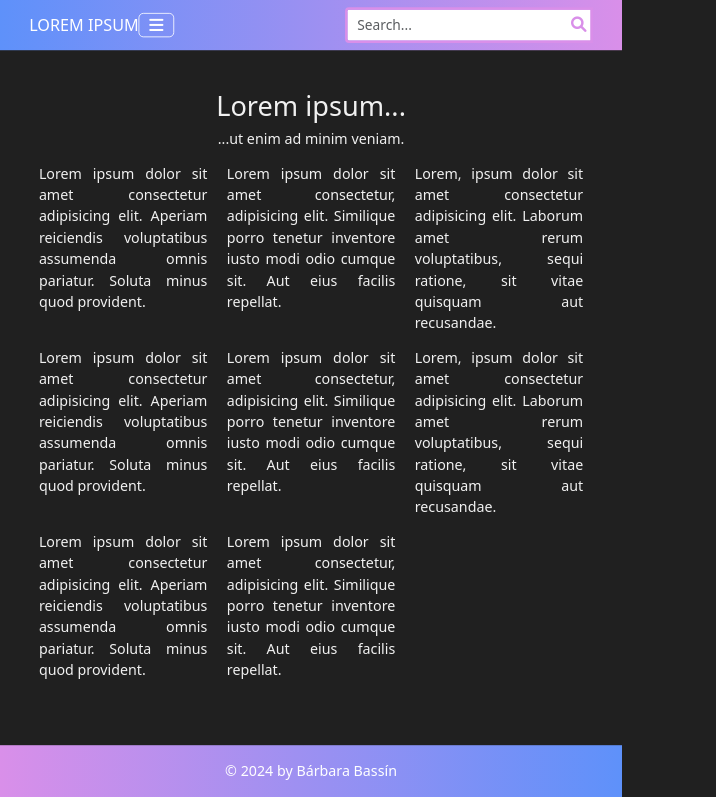
Repository: romancegirl/responsiveness
Page: index.html
The author's editor kept a copy of each file at every save. The page is drawn from the files as they stood at one save, then again after the next save.
The browser window is 768 px wide. The page is 768 px wide, then 884 px, then 768 px, so the pictures cover 884 px, including what lies to the right of the window. The pictures show the whole page, at 81% of full size.

Above is the page before, as saved 2024-11-19 20:21:27.

After the next save:
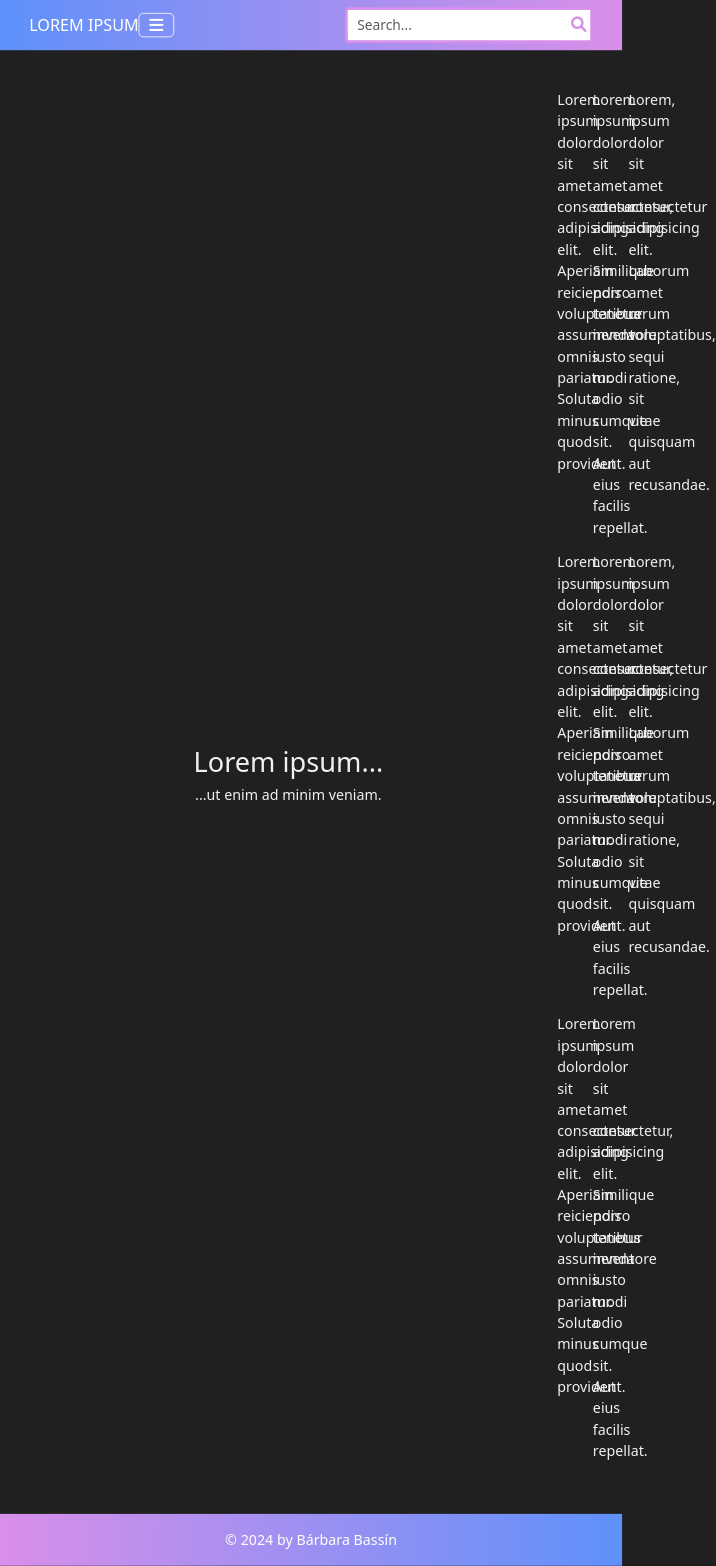
Saved 56 s later.
--- a/css/header-and-footer.css
+++ b/css/header-and-footer.css
@@ -4,71 +4,28 @@
     position: relative;
 }
 
-
-main {
-    min-height: 70vh;
-    padding-bottom: 1rem;
-    box-sizing: border-box;
+.container {
+    display: flex;
+    align-items: center;
+    justify-content: space-between; /* Esto coloca el h5 y el nav a la izquierda */
 }
 
-a.nav-link {
-    color: #f1f1f1;
+.navbar {
+    flex-grow: 1; /* Esto hace que la navbar ocupe el espacio disponible */
 }
 
-a.nav-link:hover {
-    color: #f6c7de;
-    transition: color 0.3s, text-shadow 0.3s;
-    transform: scale(1.05);
-}
-
-
-.navbar input[type=text] {
-    padding: 6px;
-    margin-top: 8px;
-    font-size: 17px;
-    border-radius: 0.2rem;
-    border-width: 0.3rem;
-    border-color: #c66adb;
+.navbar-nav {
+    margin-left: 0;
+    margin-right: 0;
+    justify-content: flex-start; /* Alinea los items a la izquierda */
 }
 
 .search-container {
+    margin-left: auto; /* Esto alinea el contenedor de búsqueda a la derecha */
     display: flex;
     justify-content: center;
     align-items: center;
-    position: relative;
 }
-
-.input-group .form-control {
-    padding-right: 2.5rem;
-    font-size: 17px;
-    border: 0.2rem solid #d98fe9;
-    border-radius: 0.3rem;
-}
-
-.input-group .btn {
-    position: absolute;
-    right: 0.5rem;
-        top: 50%;
-    transform: translateY(-50%);
-    background-color: transparent;
-    border: none;
-    padding: 0;
-    cursor: pointer;
-}
-
-/* Ícono dentro del botón */
-.input-group .btn .fa-search {
-    color: #d98fe9;
-    font-size: 1.2rem;
-}
-
-
-.navbar .search-container {
-    float: right;
-}
-
-
-/* navbar-toggle */
 
 .navbar-toggler {
     border-color: #fff;
@@ -76,7 +33,6 @@
 
 .navbar-toggler .fas {
     color: #fff;
-    /* Cambia el color del ícono */
 }
 
 .navbar-collapse {
@@ -92,8 +48,39 @@
     box-shadow: none;
 }
 
+.navbar input[type="text"] {
+    padding: 6px;
+    margin-top: 8px;
+    font-size: 17px;
+    border-radius: 0.2rem;
+    border-width: 0.3rem;
+    border-color: #c66adb;
+}
+
+.input-group .form-control {
+    padding-right: 2.5rem;
+    font-size: 17px;
+    border: 0.2rem solid #d98fe9;
+    border-radius: 0.3rem;
+}
+
+.input-group .btn {
+    position: absolute;
+    right: 0.5rem;
+    top: 50%;
+    transform: translateY(-50%);
+    background-color: transparent;
+    border: none;
+    padding: 0;
+    cursor: pointer;
+}
+
+.input-group .btn .fa-search {
+    color: #d98fe9;
+    font-size: 1.2rem;
+}
+
 @media (max-width: 995px) {
-
     .navbar-collapse {
         display: none;
         position: absolute;
@@ -118,52 +105,23 @@
         text-align: center;
     }
 
-    .navbar-nav:hover {
-        cursor: pointer;
-
-    }
-
-    a.nav-link:hover {
-        color: #f6c7de;
-        transition: color 0.3s, text-shadow 0.3s;
-        transform: scale(1.05);
-    }
-
     .navbar-nav .nav-item {
         margin: 10px 0;
     }
 
     .navbar a,
-    .navbar input[type=text] {
-        float: none;
-        display: block;
-        text-align: left;
+    .navbar input[type="text"] {
         width: 100%;
         margin: 0;
         padding: 0.5rem;
     }
 
     .navbar .search-container {
-        float: none;
-    }
-
-    .navbar a,
-    .navbar input[type=text],
-    .navbar .search-container button {
-        float: none;
-        display: block;
-        text-align: left;
         width: 100%;
-        margin: 0;
         padding: 0.2rem;
     }
+}
 
-    .navbar input[type=text] {
-        border-radius: 0.2rem;
-        border: 0.2rem solid #b556db98;
-    }
-
-}
 
 footer {
     background: linear-gradient(to right, #d98fe9, #5E91FA);

After the 2 saves that followed:
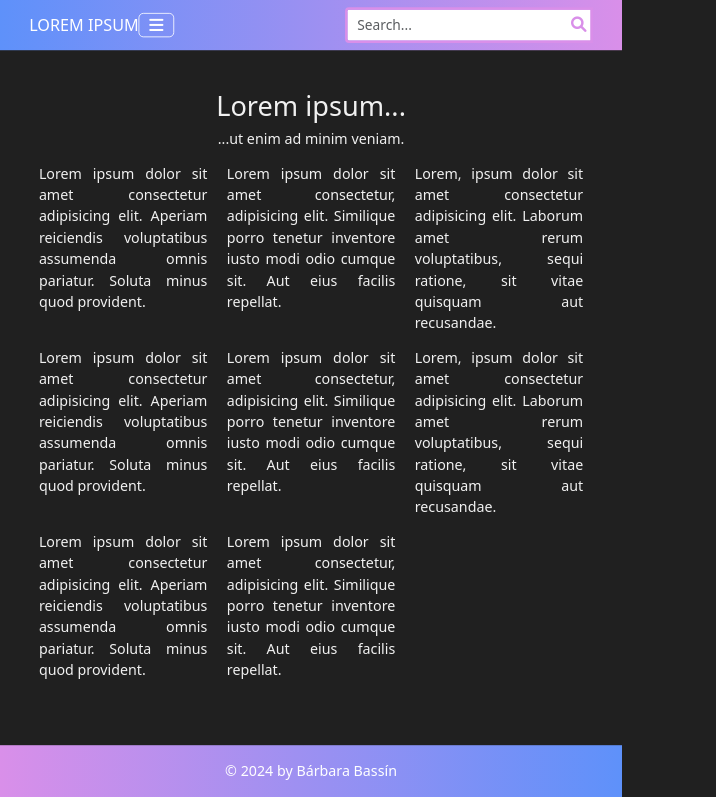
The 2 saves are shown as one change because 1 left the picture as it was.
The last was saved 69 s later.
--- a/css/header-and-footer.css
+++ b/css/header-and-footer.css
@@ -4,28 +4,71 @@
     position: relative;
 }
 
-.container {
-    display: flex;
-    align-items: center;
-    justify-content: space-between; /* Esto coloca el h5 y el nav a la izquierda */
+
+main {
+    min-height: 70vh;
+    padding-bottom: 1rem;
+    box-sizing: border-box;
 }
 
-.navbar {
-    flex-grow: 1; /* Esto hace que la navbar ocupe el espacio disponible */
+a.nav-link {
+    color: #f1f1f1;
 }
 
-.navbar-nav {
-    margin-left: 0;
-    margin-right: 0;
-    justify-content: flex-start; /* Alinea los items a la izquierda */
+a.nav-link:hover {
+    color: #f6c7de;
+    transition: color 0.3s, text-shadow 0.3s;
+    transform: scale(1.05);
+}
+
+
+.navbar input[type=text] {
+    padding: 6px;
+    margin-top: 8px;
+    font-size: 17px;
+    border-radius: 0.2rem;
+    border-width: 0.3rem;
+    border-color: #c66adb;
 }
 
 .search-container {
-    margin-left: auto; /* Esto alinea el contenedor de búsqueda a la derecha */
     display: flex;
     justify-content: center;
     align-items: center;
+    position: relative;
 }
+
+.input-group .form-control {
+    padding-right: 2.5rem;
+    font-size: 17px;
+    border: 0.2rem solid #d98fe9;
+    border-radius: 0.3rem;
+}
+
+.input-group .btn {
+    position: absolute;
+    right: 0.5rem;
+        top: 50%;
+    transform: translateY(-50%);
+    background-color: transparent;
+    border: none;
+    padding: 0;
+    cursor: pointer;
+}
+
+/* Ícono dentro del botón */
+.input-group .btn .fa-search {
+    color: #d98fe9;
+    font-size: 1.2rem;
+}
+
+
+.navbar .search-container {
+    float: right;
+}
+
+
+/* navbar-toggle */
 
 .navbar-toggler {
     border-color: #fff;
@@ -33,6 +76,7 @@
 
 .navbar-toggler .fas {
     color: #fff;
+    /* Cambia el color del ícono */
 }
 
 .navbar-collapse {
@@ -48,39 +92,8 @@
     box-shadow: none;
 }
 
-.navbar input[type="text"] {
-    padding: 6px;
-    margin-top: 8px;
-    font-size: 17px;
-    border-radius: 0.2rem;
-    border-width: 0.3rem;
-    border-color: #c66adb;
-}
+@media (max-width: 995px) {
 
-.input-group .form-control {
-    padding-right: 2.5rem;
-    font-size: 17px;
-    border: 0.2rem solid #d98fe9;
-    border-radius: 0.3rem;
-}
-
-.input-group .btn {
-    position: absolute;
-    right: 0.5rem;
-    top: 50%;
-    transform: translateY(-50%);
-    background-color: transparent;
-    border: none;
-    padding: 0;
-    cursor: pointer;
-}
-
-.input-group .btn .fa-search {
-    color: #d98fe9;
-    font-size: 1.2rem;
-}
-
-@media (max-width: 995px) {
     .navbar-collapse {
         display: none;
         position: absolute;
@@ -105,23 +118,52 @@
         text-align: center;
     }
 
+    .navbar-nav:hover {
+        cursor: pointer;
+
+    }
+
+    a.nav-link:hover {
+        color: #f6c7de;
+        transition: color 0.3s, text-shadow 0.3s;
+        transform: scale(1.05);
+    }
+
     .navbar-nav .nav-item {
         margin: 10px 0;
     }
 
     .navbar a,
-    .navbar input[type="text"] {
+    .navbar input[type=text] {
+        float: none;
+        display: block;
+        text-align: left;
         width: 100%;
         margin: 0;
         padding: 0.5rem;
     }
 
     .navbar .search-container {
+        float: none;
+    }
+
+    .navbar a,
+    .navbar input[type=text],
+    .navbar .search-container button {
+        float: none;
+        display: block;
+        text-align: left;
         width: 100%;
+        margin: 0;
         padding: 0.2rem;
     }
+
+    .navbar input[type=text] {
+        border-radius: 0.2rem;
+        border: 0.2rem solid #b556db98;
+    }
+
 }
-
 
 footer {
     background: linear-gradient(to right, #d98fe9, #5E91FA);
--- a/css/styles.css
+++ b/css/styles.css
@@ -36,7 +36,9 @@ h4 {
     -webkit-text-fill-color: transparent;
 }
 
-
+h5 {
+    margin: 0;
+}
 
 /* General */
 
